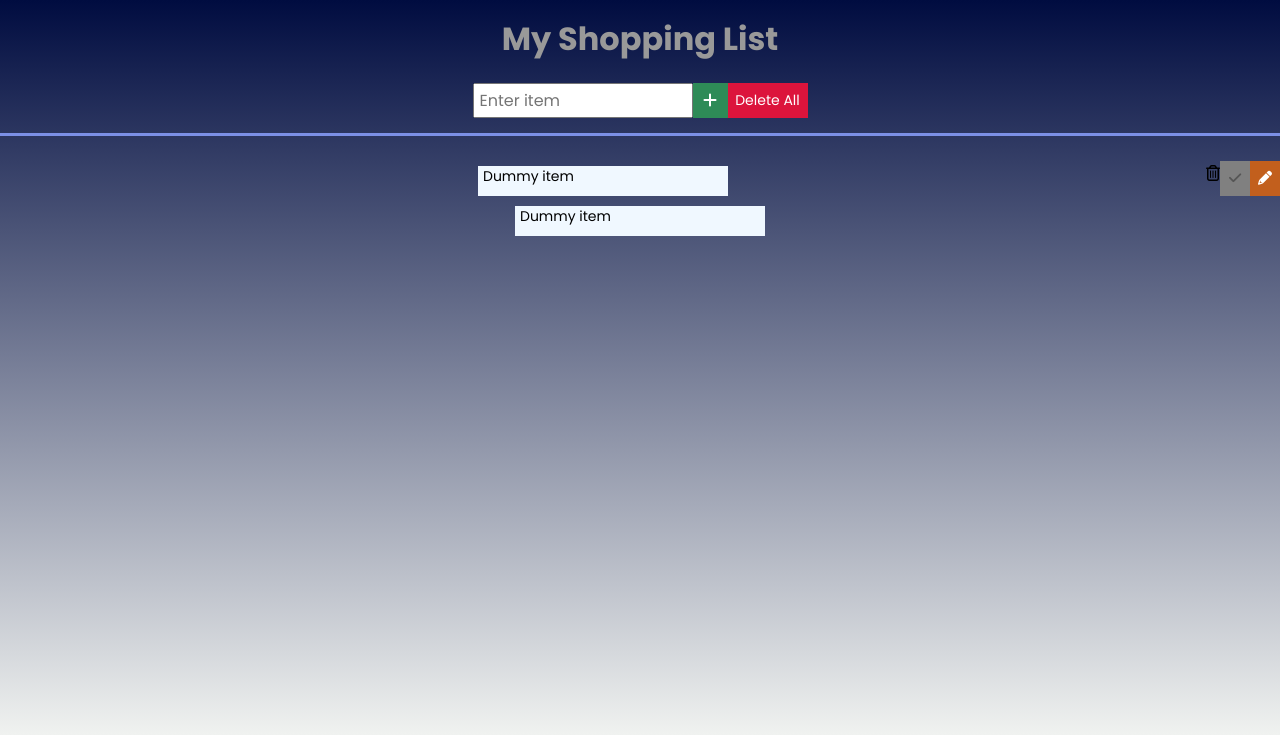
Repository: SaadYasin/shopping-list01-js
Page: index.html
An editor plug-in stored every save of this project. The page is shown before and after the next save, followed by the edit.
The browser window is 1280 px wide. The pictures show the whole page.

Above is the page before, as saved 2021-12-05 19:07:41.

### index.html
<!DOCTYPE html>
<html lang="en">
<head>
    <meta charset="UTF-8">
    <meta http-equiv="X-UA-Compatible" content="IE=edge">
    <meta name="viewport" content="width=device-width, initial-scale=1.0">
    <title>Shopping List App</title>
    <link rel="stylesheet" href="styles.css">
    <link rel="preconnect" href="https://fonts.googleapis.com">
    <link rel="preconnect" href="https://fonts.gstatic.com" crossorigin>
    <link href="https://fonts.googleapis.com/css2?family=Poppins:ital,wght@0,100;0,300;0,400;0,600;0,700;1,100;1,300;1,400;1,600;1,700&display=swap" rel="stylesheet">

    <link rel="stylesheet" href="https://cdnjs.cloudflare.com/ajax/libs/font-awesome/6.0.0-beta3/css/all.min.css">

</head>
<body>
    <header>
        <h1>My Shopping List</h1>

        <div id="input-form">
            <input type="text" id="item-txt" name="item-text" placeholder="Enter item" aria-label="Enter item" required>

            <button id="btn" class="btn plus-btn" type="button"><i class="fa fa-plus" aria-hidden="true"></i></button>

            <button class="btn btn-delete-all" type="button" >Delete All</button>

        </div>

        <div id="divider"></div>

        <div class="container">
            <ul id="items-list">
                <div class="list-line">
                    <li class="item">Dummy item</li>
                    <span class=""><i class="far fa-trash-alt"></i></span>
                    <button class="btn btn-done"><i class="fas fa-check"></i></button>
                    <button class="btn btn-edit"><i class="fas fa-pencil-alt"></i></button>
                </div>
                <div class="list-line">
                    <li class="item">Dummy item</li>

                </div>
            </ul>
        </div>
    </header>
    <script src="app.js"></script>
</body>
</html>

### styles.css
* {
    padding: 0;
    margin: 0;
    box-sizing: border-box;
    font-family: 'Poppins', sans-serif;
}

body {
    min-height: 100vh;
    background: #F0F2F0;  /* fallback for old browsers */
background: -webkit-linear-gradient(to top, #f0f2f0 , #000C40);  /* Chrome 10-25, Safari 5.1-6 */
background: linear-gradient(to top,#f0f2f0 , #000C40); /* W3C, IE 10+/ Edge, Firefox 16+, Chrome 26+, Opera 12+, Safari 7+ */


}

header h1 {
    color: #999;
    text-align: center;
    margin-top: 15px;
}

#input-form {
    display: flex;
    margin-top: 20px;
    justify-content: center;
}

#item-txt {
    height: 35px;
    width: 220px;
    font-size: 16px;
    padding-left: 5px;
}

.btn {
    width: 35px;
    border: none;
    outline: none;
    font-size: 14px;
    color: #fff;
    cursor: pointer;
}

.plus-btn {
    background-color: seagreen;
    color: #fff;
    font-size: 16px;
}

.btn-delete-all {
    width: 80px;
    background-color: crimson;

}

#divider {
    width: 100vw;
    height: 3px;
    background-color: #7c90e6;
    margin-top: 15px;
}

.container {
    width: 100%;
    padding-top: 20px;

}

#items-list {
    list-style-type: none;
}

.list-line {
    display: flex;
    justify-content: center;
    margin-top: 5px;
}

li {
    display: flex;
    width: 250px;
    height: 30px;
    font-size: 14px;
    background-color: aliceblue;
    padding-left: 5px;
    margin-top: 5px;
    margin-left: auto;
    margin-right: auto;

}

.btn-delete-item {
    width: 30px;
    background-color: maroon;
    color: #fff;

}

.btn-done {
    width: 30px;
    border: none;
    background-color: gray;
    color: #555;
    font-size: 14px;
}

.btn-edit {
    width: 30px;
    background-color: rgb(194, 95, 29);
    color: #fff;

}

### app.js
const addBtn = document.querySelector('#btn');
const inputText = document.querySelector('#item-txt');
const list = document.querySelector('.container ul');

addBtn.addEventListener('click', (e) => {

    // Check that there is an input text
    if (inputText.value !== "") {
        e.preventDefault();

        // Create li
        const newLi = document.createElement('li');
        newLi.innerHTML = inputText.value;
        list.appendChild(newLi);
    }
});

After the next save:
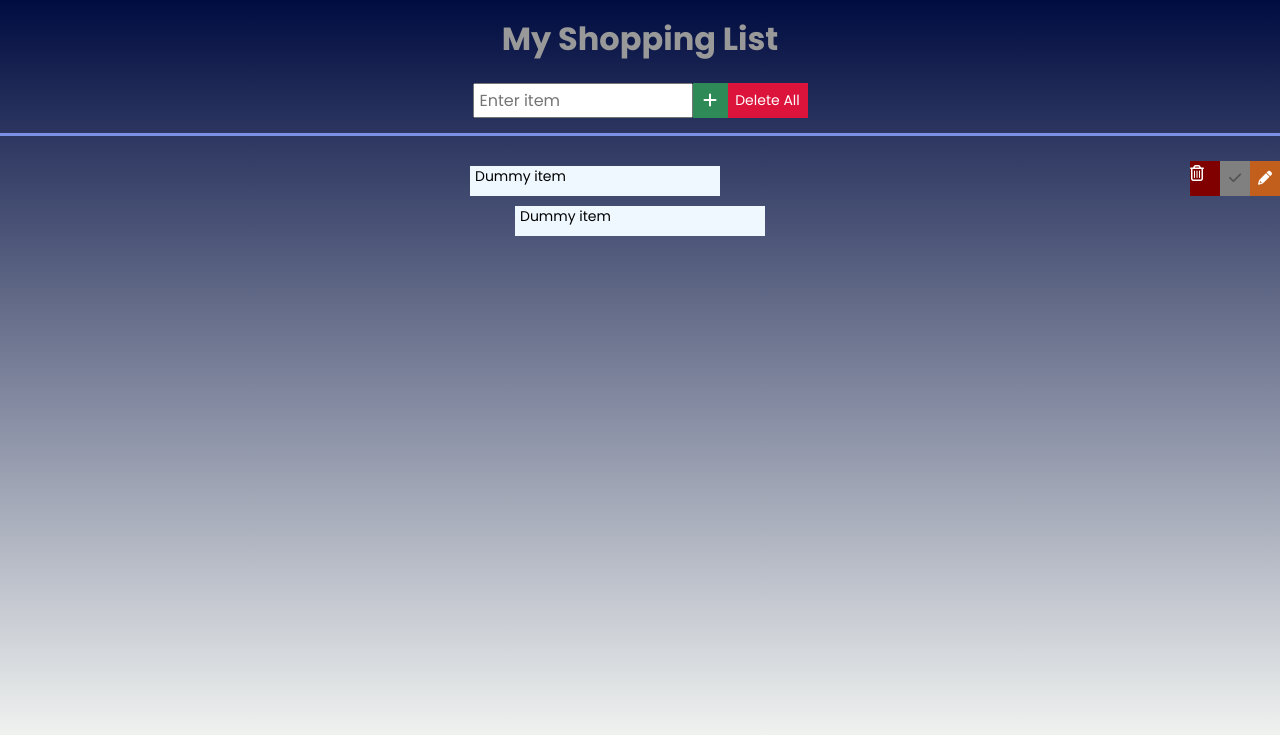
Saved 12 s later.
--- a/index.html
+++ b/index.html
@@ -32,7 +32,7 @@
             <ul id="items-list">
                 <div class="list-line">
                     <li class="item">Dummy item</li>
-                    <span class=""><i class="far fa-trash-alt"></i></span>
+                    <span class="btn-delete-item"><i class="far fa-trash-alt"></i></span>
                     <button class="btn btn-done"><i class="fas fa-check"></i></button>
                     <button class="btn btn-edit"><i class="fas fa-pencil-alt"></i></button>
                 </div>
